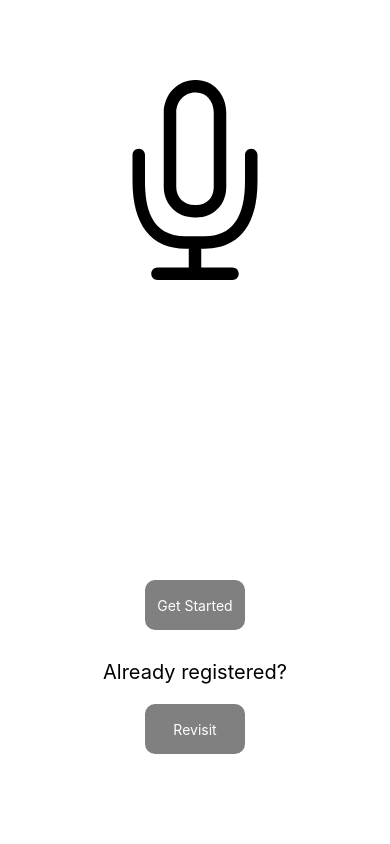
Repository: mortiestmorty1/recordings-app
Screen: / (app in frontend/)
These files come from the project's save history. The screen is drawn as it stood at one moment and after the next save; the edit follows.
The app was drawn by React Native's web renderer in a window 390 px wide. The project was rebuilt for these pictures with package versions that can differ from the ones it lists, and the page was loaded fresh each time. Also part of the build but not shown: frontend/components/registerUser.js.

Above is the screen before, as saved 2024-03-07 22:48:26.

After the next save:
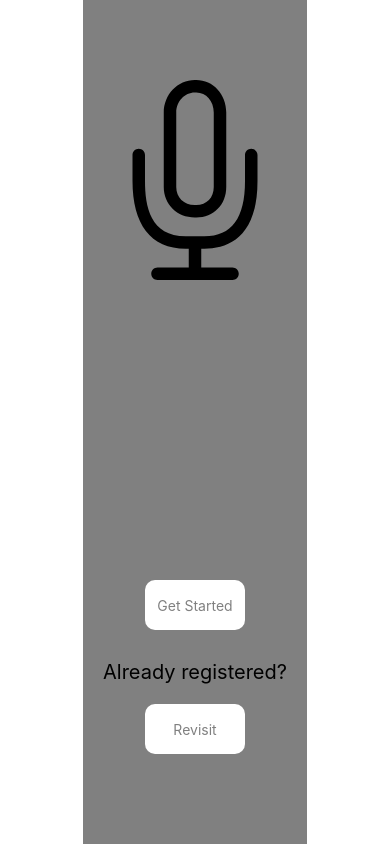
Saved 45 s later.
--- a/frontend/components/firstscreen.js
+++ b/frontend/components/firstscreen.js
@@ -26,6 +26,7 @@ const styles = StyleSheet.create({
     flex: 1,
     justifyContent: 'center',
     alignItems: 'center',
+    backgroundColor: 'grey',
   },
   logo: {
     width: 200,
@@ -44,14 +45,14 @@ const styles = StyleSheet.create({
   btn1: {
     width: 100,
     height: 50,
-    backgroundColor: 'grey',
+    backgroundColor: 'white',
     borderRadius: 10,
     justifyContent: 'center',
     alignItems: 'center',
     marginBottom: 10, // Add space between buttons
   },
   btnText: {
-    color: 'white', // Style for the text inside TouchableOpacity
+    color: 'grey', // Style for the text inside TouchableOpacity
   },
 });
 
